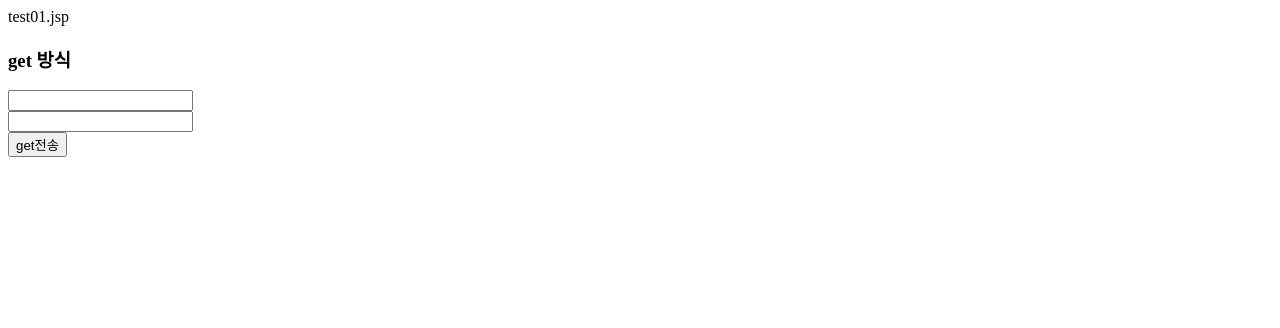
Repository: ryu1917/jsp
Page: http://localhost/jsp02/test01.jsp
These files come from the project's save history. The page is drawn as it stood at one moment and after the next save; the edit follows.
The browser window is 1280 px wide. The pictures show the whole page.
The page is served by Tomcat 9.

Above is the page before, as saved 2021-04-21 06:52:27.

### workspace/jsp02/src/main/webapp/test01.jsp
<%@ page language="java" contentType="text/html; charset=UTF-8"
    pageEncoding="UTF-8"%>
<!DOCTYPE html>
<html>
<head>
<meta charset="UTF-8">
<title>Insert title here</title>
</head>
<body>test01.jsp<br>
	<h3>get 방식</h3>
	<form action="get.jsp">
		<input type="text"name="id"><br>
		<input type="text"name="pwd"><br>
		<input type="submit"value="get전송">
	</form>


</body>
</html>

After the next save:
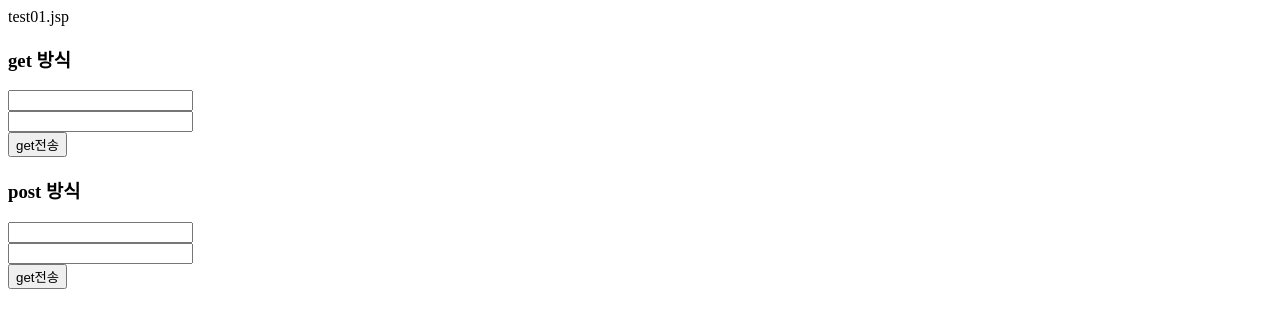
Saved 88 s later.
--- a/workspace/jsp02/src/main/webapp/test01.jsp
+++ b/workspace/jsp02/src/main/webapp/test01.jsp
@@ -14,6 +14,13 @@
 		<input type="submit"value="get전송">
 	</form>
 
+	<h3>post 방식</h3>
+	<form action="post.jsp">
+		<input type="text"name="id"><br>
+		<input type="text"name="pwd"><br>
+		<input type="submit"value="get전송">
+	</form>
+
 
 </body>
 </html>
